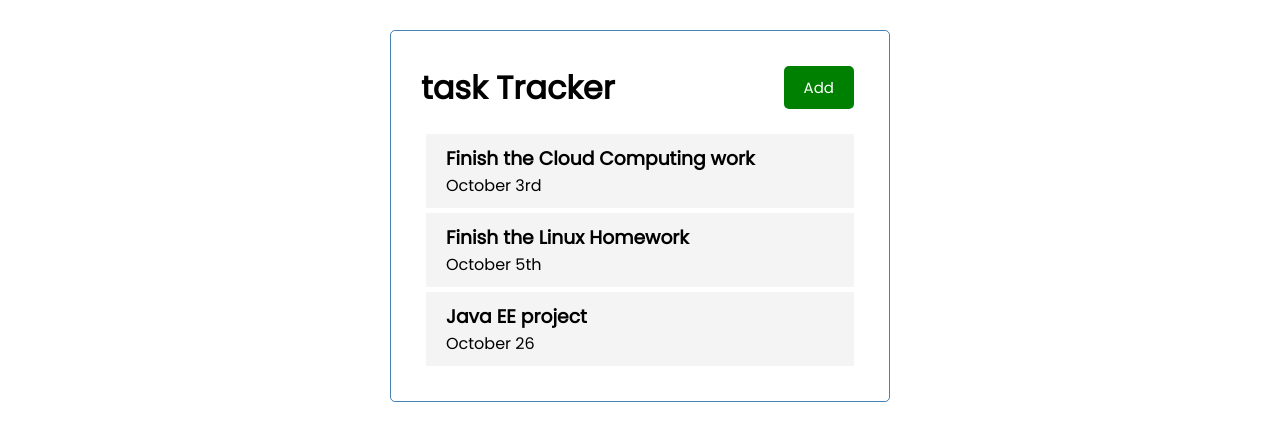
Repository: ds-mbappe/react-task-tracker
Page: /
An editor plug-in stored every save of this project. The page is shown before and after the next save, followed by the edit.
The browser window is 1280 px wide. The pictures show the whole page.
The project was rebuilt for these pictures with package versions that can differ from the ones it lists, and the page was loaded fresh each time.

Above is the page before, as saved 2021-10-01 05:00:29.

After the next save:
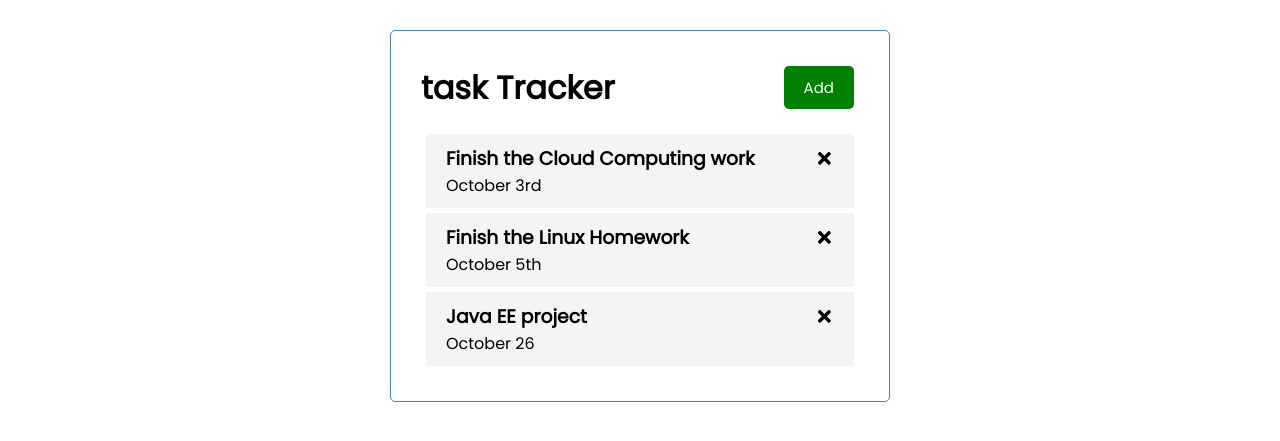
Saved 34 s later.
--- a/src/components/Task.js
+++ b/src/components/Task.js
@@ -3,7 +3,7 @@ import { FaTimes } from "react-icons/fa"
 const Task = ({ task }) => {
     return (
         <div className="task">
-            <h3>{task.text}</h3>
+            <h3>{task.text} <FaTimes /> </h3>
             <p>{task.day}</p>
         </div>
     )
